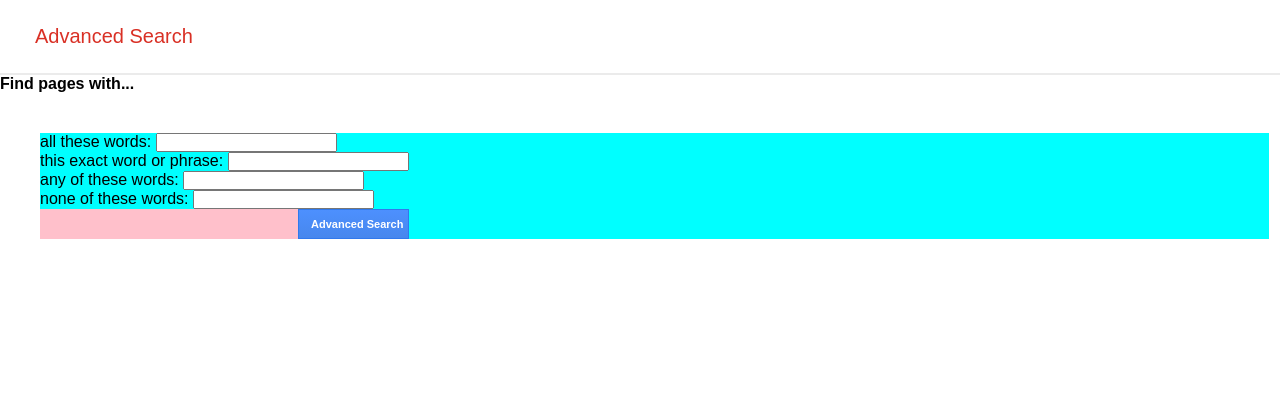
Repository: etentuk/search
Page: advanced_search.html
These files come from the project's save history. The page is drawn as it stood at one moment and after the next save; the edit follows.
The browser window is 1280 px wide. The pictures show the whole page.

Above is the page before, as saved 2021-11-05 00:33:12.

After the next save:
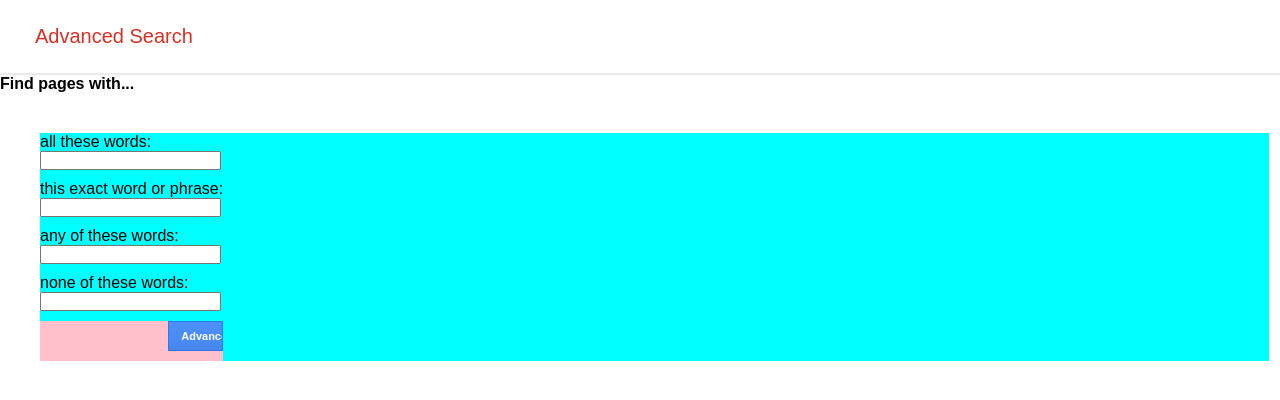
Saved 30 s later.
--- a/styles.css
+++ b/styles.css
@@ -19,6 +19,12 @@
   margin: 40px;
 }
 
+label,
+input {
+  display: table-cell;
+  margin-bottom: 10px;
+}
+
 #submit {
   text-align: right;
   background-color: pink;
